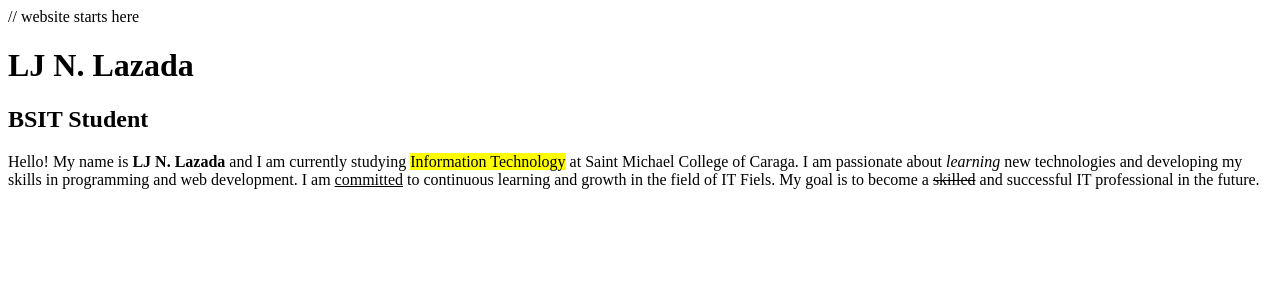
Repository: ljlazada11/myfirsthtml
Page: index.html
An editor plug-in stored every save of this project. The page is shown before and after the next save, followed by the edit.
The browser window is 1280 px wide. The pictures show the whole page.

Above is the page before, as saved 2026-06-24 19:05:31.

After the next save:
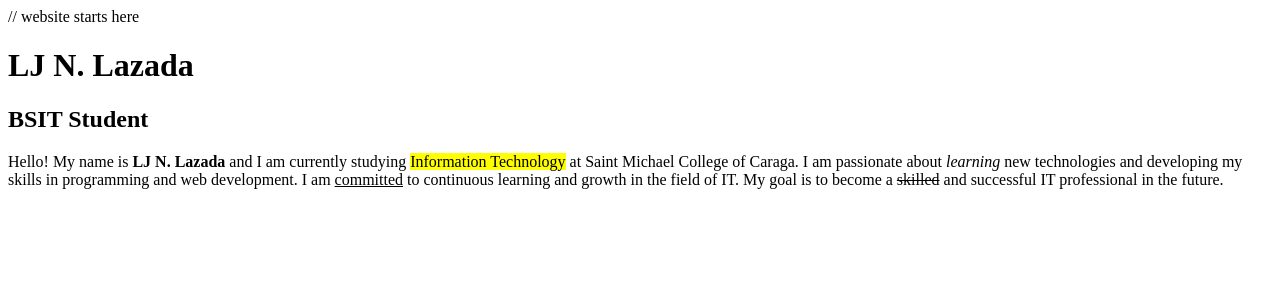
Saved 29 s later.
--- a/index.html
+++ b/index.html
@@ -11,6 +11,6 @@
 <body>
     <h1>LJ N. Lazada</h1>
     <h2>BSIT Student</h2>
-    <p>Hello! My name is <strong>LJ N. Lazada</strong> and I am currently studying <mark>Information Technology</mark> at Saint Michael College of Caraga. I am passionate about <i>learning</i> new technologies and developing my skills in programming and web development. I am <ins>committed</ins> to continuous learning and growth in the field of IT Fiels. My goal is to become a <del>skilled</del> and successful IT professional in the future.</p>
+    <p>Hello! My name is <strong>LJ N. Lazada</strong> and I am currently studying <mark>Information Technology</mark> at Saint Michael College of Caraga. I am passionate about <i>learning</i> new technologies and developing my skills in programming and web development. I am <ins>committed</ins> to continuous learning and growth in the field of IT. My goal is to become a <del>skilled</del> and successful IT professional in the future.</p>
 </body>
 </html>
